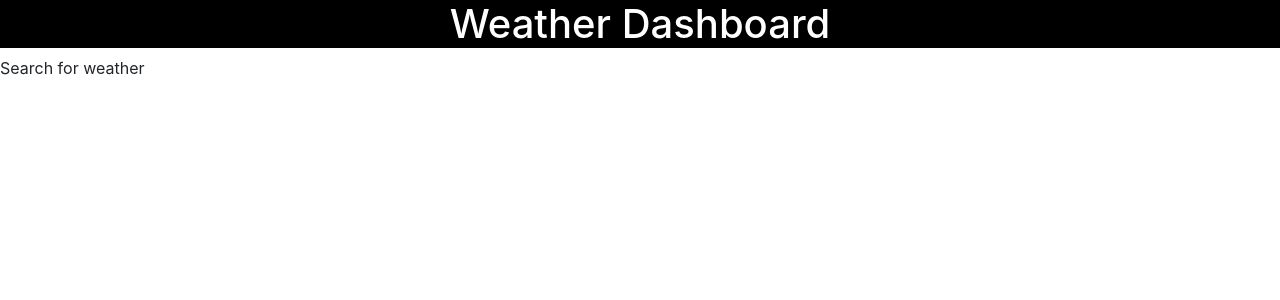
Repository: s88leigh/Weather-Dashboard
Page: index.html
These files come from the project's save history. The page is drawn as it stood at one moment and after a run of saves; the edit follows.
The browser window is 1280 px wide. The pictures show the whole page.

Above is the page before, as saved 2019-10-30 20:15:31.

### index.html
<!DOCTYPE html>
<html lang="en">
<head>
    <meta charset="UTF-8">
    <meta name="viewport" content="width=device-width, initial-scale=1.0">
    <meta http-equiv="X-UA-Compatible" content="ie=edge">
    <link rel="stylesheet" href="https://stackpath.bootstrapcdn.com/bootstrap/4.3.1/css/bootstrap.min.css" integrity="sha384-ggOyR0iXCbMQv3Xipma34MD+dH/1fQ784/j6cY/iJTQUOhcWr7x9JvoRxT2MZw1T" crossorigin="anonymous">
    <link rel="stylesheet" href="style.css">
    <title>Weather Dashboard</title>
</head>
<body>

    <div id="box">
        <h1>Weather Dashboard</h1>
    </div>

    <div id="left-b0x">
        <form id="weather-form">
            <label for="weather-input">Search for weather</label>

        </form>

    </div>




</body>
</html>

### style.css


h1 {
    color: white;
    text-align: center;
    background-color: black;
}
#left-box {
    float: left;
    width: 30%;
    height: 500px;
    border: 1px solid black;
    padding: 10px;
    box-shadow: 5px 10px lightgray;


}
#right-box {
    float: left;
    width: 70%;
    height: 500px;
    border: 1px solid black;
    padding: 10px;
    box-shadow: 5px 10px lightgray;
}

After the next 2 saves:
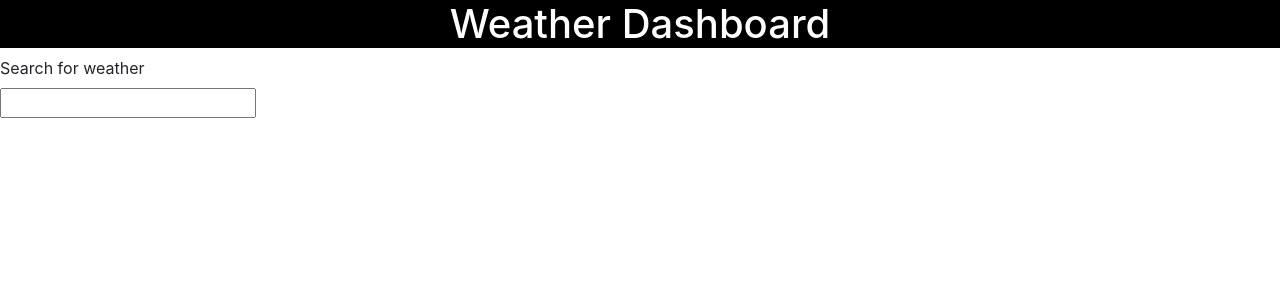
The 2 saves are shown as one change because they came seconds apart.
The last was saved 8 s later.
--- a/index.html
+++ b/index.html
@@ -17,7 +17,8 @@
     <div id="left-b0x">
         <form id="weather-form">
             <label for="weather-input">Search for weather</label>
-
+            <br>
+            <input
         </form>
 
     </div>
